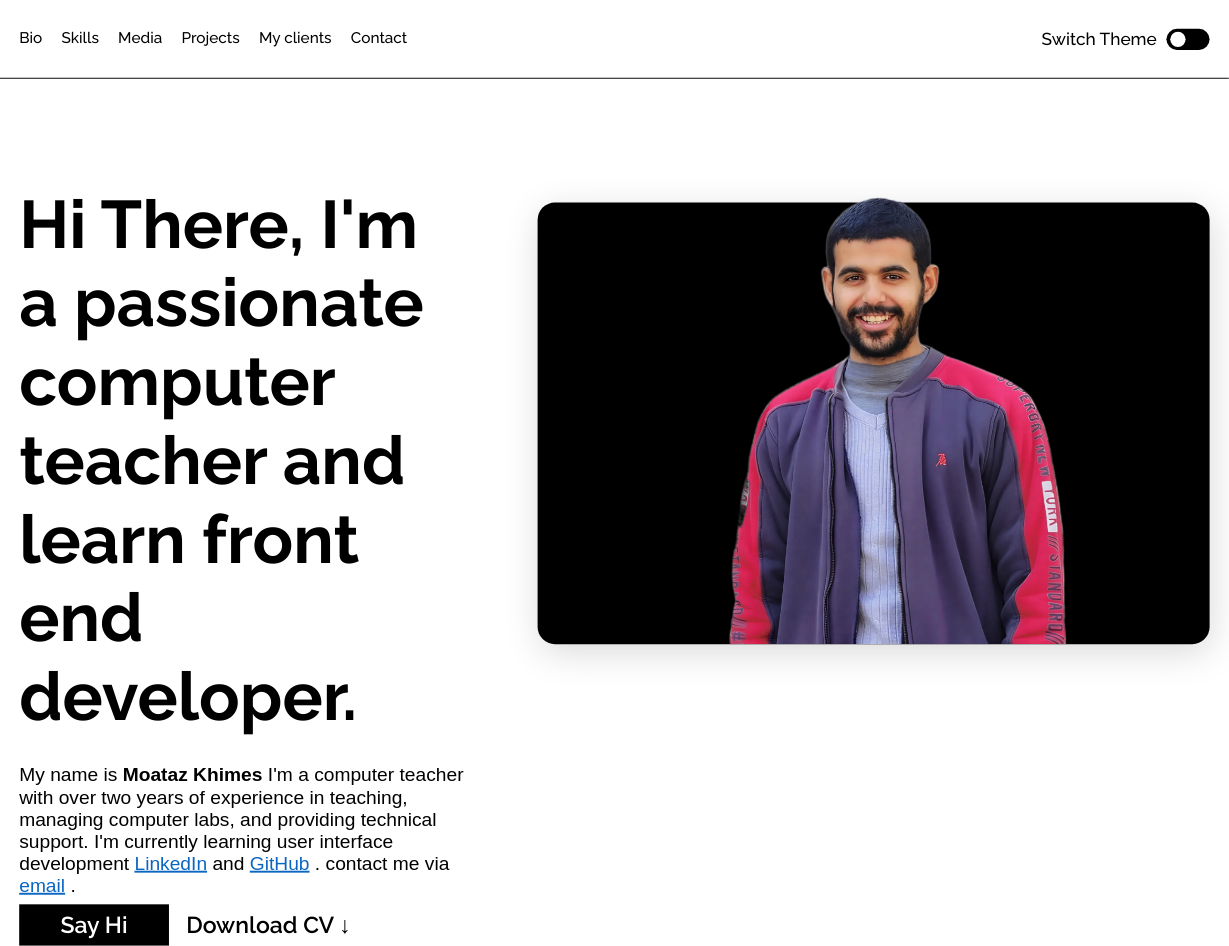
Repository: moataz305G/Personal-website
Page: index.html
These files come from the project's save history. The page is drawn as it stood at one moment and after the next save; the edit follows.
The browser window is 1280 px wide. The pictures show the whole page, at 96% of full size.

Above is the page before, as saved 2025-12-14 09:00:30.

### index.html
<!DOCTYPE html>
<html lang="en">
  <head>
    <meta charset="UTF-8" />

    <meta name="viewport" content="width=device-width, initial-scale=1.0" />
    <link rel="preconnect" href="https://fonts.googleapis.com" />
    <link rel="preconnect" href="https://fonts.gstatic.com" crossorigin />
    <link
      href="https://fonts.googleapis.com/css2?family=Raleway:ital,wght@0,100..900;1,100..900&display=swap"
      rel="stylesheet"
    />

    <link rel="stylesheet" href="Style.css" />
    <title class="title">Moataz khimes</title>
  </head>
  <body>
    <div class="container">
      <header class="header">
        <nav class="navigation">
          <ul class="navigation__list">
            <li><a href="#" class="navigation__link">Bio</a></li>
            <li><a href="#" class="navigation__link">Skills</a></li>
            <li><a href="#" class="navigation__link">Media</a></li>
            <li><a href="#" class="navigation__link">Projects</a></li>
            <li><a href="#" class="navigation__link">My clients</a></li>
            <li><a href="#" class="navigation__link">Contact</a></li>
          </ul>
        </nav>

        <div class="toggle">
          <h3 class="toggle__title">Switch Theme</h3>
          <input
            type="checkbox"
            name="toggle checkbox"
            id="toggle"
            class="toggle__checkbox"
          />
          <label for="toggle" class="toggle__label"></label>
        </div>
      </header>

      <section id="bio" class="bio section">
        <div class="bio__content">
          <h1 class="bio__heading">
            Hi There, I'm a passionate computer teacher and learn front end
            developer.
          </h1>
          <p class="bio__objeactive">
            My name is <span class="bio__name">Moataz Khimes</span>
            I'm a computer teacher with over two years of experience in
            teaching, managing computer labs, and providing technical support.
            I'm currently learning user interface development
            <a
              href="https://www.linkedin.com/in/moataz-khimes-53586223b/"
              class="bio__linkedin"
              >LinkedIn</a
            >
            and
            <a href="https://github.com/moataz305G" class="bio__github"
              >GitHub</a
            >
            . contact me via
            <a href="mutazkhmes@gmail.com" class="bio__email">email</a>
            .
          </p>
          <a href="#" class="bio__links say-hi-link">Say Hi</a>
          <a href="#" class="bio__links find-out-link"
            >Download CV <span class="bio__arrow">↓</span></a
          >
        </div>
        <div class="bio__pic-content">
          <img
            class="bio__pic"
            src="images/personal-pic.png"
            alt="image of moataz khimes"
          />
        </div>
      </section>
    </div>
  </body>
</html>

### Style.css
:root {
  --container-width: 119rem;
  --gutter: 2rem;

  --color-black: #000;
  --color-white: #fff;
  --color-blue: #2374e1;
  --color-lite-blue: #1d9bf0;
  --color-dark-blue: #0a66c2;
  --color-darker-blue: #143ce8;
  --color-red: #ff0000;
  --color-green: #03a696;
  --color-gray: #f6f6f6;
  --color-dark-green: #42959b;

  --color-background: var(--color-white);
  --color-text: var(--color-black);
  --color-box-img: var(--color-black);
  --color-link-bg: var(--color-black);
  --color-input-border: var(--color-black);

  --font-family-raleway: "Raleway", sans-serif;
  --font-family-poppins: "Poppins", sans-serif;

  --font-weight-regular: 400;
  --font-weight-medium: 500;
  --font-weight-semi-bold: 600;
  --font-weight-bold: 700;

  --font-size-70: 7rem;
  --font-size-65: 6.5rem;
  --font-size-40: 4rem;
  --font-size-38: 3.8rem;
  --font-size-24: 2.4rem;
  --font-size-22: 2.2rem;
  --font-size-20: 2rem;
  --font-size-18: 1.8rem;
  --font-size-15: 1.5rem;

  --transition-timing: 0.3s;
}
/* CSS Reset */
* {
  margin: 0;
  padding: 0;
}

*,
*::after,
*::before {
  box-sizing: border-box;
}

a {
  color: inherit;
  display: inline-block;
}

button {
  background-color: transparent;
  border: none;
  cursor: pointer;
}

ul,
ol {
  list-style: none;
}
/* END CSS Reset */
html {
  font-size: 62.5%;
  scroll-behavior: smooth;
  scroll-padding-top: 11rem;
}

body {
  font-size: 1.6rem;
  font-family: var(--font-family-raleway);
  background-color: var(--color-background);
  color: var(--color-text);
}

.container {
  display: grid;
  row-gap: 11rem;
  max-width: calc(calc(var(--container-width)) +calc(var(--gutter) * 2));
  margin: 0 auto;
  padding-inline: var(--gutter);
}
header {
  position: relative;
  padding: 3rem 0;
  display: flex;
  justify-content: center;
  z-index: 0;
}
.header::before {
  content: "";
  position: absolute;
  height: 100%;
  width: 100vw;
  border-bottom: 0.1rem solid var(--color-black);
  top: 0;
  z-index: -1;
}

.navigation__list {
  display: flex;
  gap: 2rem;
}
.navigation__link:link,
.navigation__link:visited {
  text-decoration: none;
  font-weight: var(--font-weight-medium);
}
.navigation__link:hover,
.navigation__link:active {
  text-decoration: underline;
  color: var(--color-text);
}

/* Toggle */
.toggle {
  display: flex;
  gap: 1rem;
  margin-left: auto;
}
.toggle__title {
  font-weight: var(--font-weight-medium);
  font-size: var(--font-size-18);
}

.toggle__checkbox {
  display: none;
}

.toggle__label {
  display: block;
  position: relative;
  background-color: var(--color-black);
  border-radius: 1.5rem;
  width: 4.5rem;
  height: 2.2rem;
  cursor: pointer;
  padding: 0.3rem 0.4rem;
  transition: 0.3s;
}

.toggle__label::after {
  content: "";
  display: block;
  width: 1.6rem;
  height: 1.6rem;
  border-radius: 50%;
  background-color: var(--color-white);
  transition: 0.3s;
}

.toggle__checkbox:checked + .toggle__label {
  background-color: var(--color-white);
}
.toggle__checkbox:checked + .toggle__label::after {
  transform: translateX(2.1rem);
  background-color: var(--color-green);
}

/* End Toggle */

.section {
  display: grid;
  grid-template-columns: repeat(2, auto);
  align-items: start;
}

/* Bio */
.bio {
  grid-gap: 7.4rem;
  grid-template-columns: repeat(2, 1fr);
}

.bio__heading {
  font-size: var(--font-size-70);
  font-weight: var(--font-weight-bold);
}

.bio__objeactive {
  font-family: var(--font-family-poppins);
  font-weight: var(--font-weight-regular);
  font-size: var(--font-size-20);
  margin: 3rem 0 0.8rem;
}

.bio__name {
  font-weight: var(--font-weight-semi-bold);
}
.bio__linkedin,
.bio__github,
.bio__email {
  color: var(--color-dark-blue);
}

.bio__links {
  font-size: 2.4rem;
  font-weight: var(--font-weight-semi-bold);
  text-decoration: none;
}

.say-hi-link {
  background-color: var(--color-link-bg);
  color: var(--color-white);
  padding: 0.7rem 4.3rem;
}

.find-out-link {
  padding: 0.7rem 0;
  margin-inline-start: 1.4rem;
}

@keyframes jump {
  0% {
    transform: translatey(0.5rem);
  }
  35% {
    transform: translatey(-0.5rem);
  }
  70% {
    transform: translatey(0);
  }
  100% {
    transform: translatey(0);
  }
}

.bio__arrow {
  display: inline-block;
  animation: jump 1s infinite alternate ease-in-out;
}

.bio__pic-content {
  display: flex;
  position: relative;
  align-items: flex-end;
  justify-self: end;
}

.bio__pic-content::before {
  content: "";
  position: absolute;
  background-color: var(--color-box-img);
  width: 100%;
  height: 46rem;
  border-radius: 1.8rem;
  z-index: -1;
  box-shadow: 2.17543px 8.7017px 38.0669px rgba(0, 0, 0, 0.15);
}
.bio__pic {
  width: 70rem;
  /* width: 350px;
    height: 350px; */
  object-fit: cover; /* يمنع التشويه */
}

After the next save:
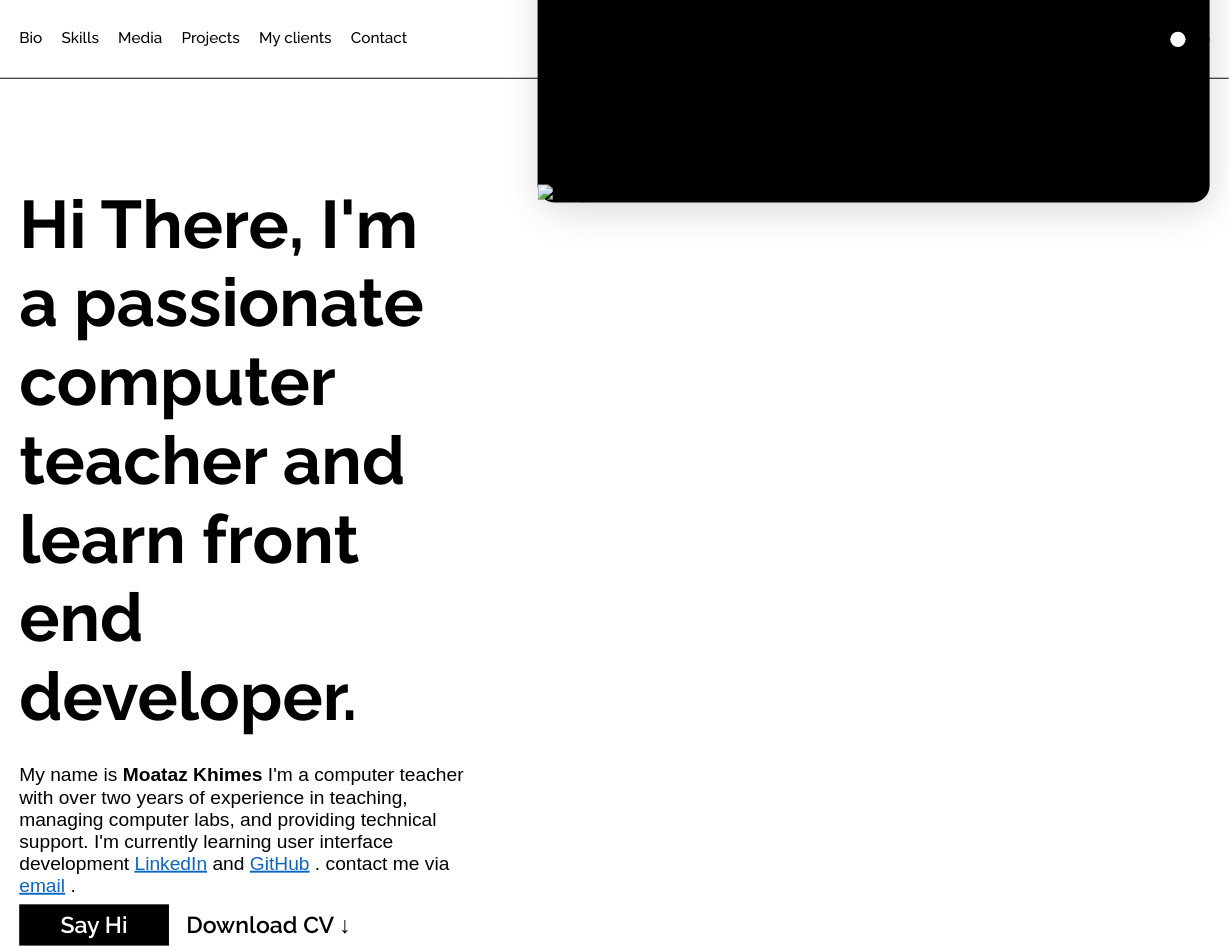
Not found: images/Untitled.jpeg
Saved 63 min 21 s later.
--- a/index.html
+++ b/index.html
@@ -72,7 +72,7 @@
         <div class="bio__pic-content">
           <img
             class="bio__pic"
-            src="images/personal-pic.png"
+            src="images/Untitled.jpeg"
             alt="image of moataz khimes"
           />
         </div>
